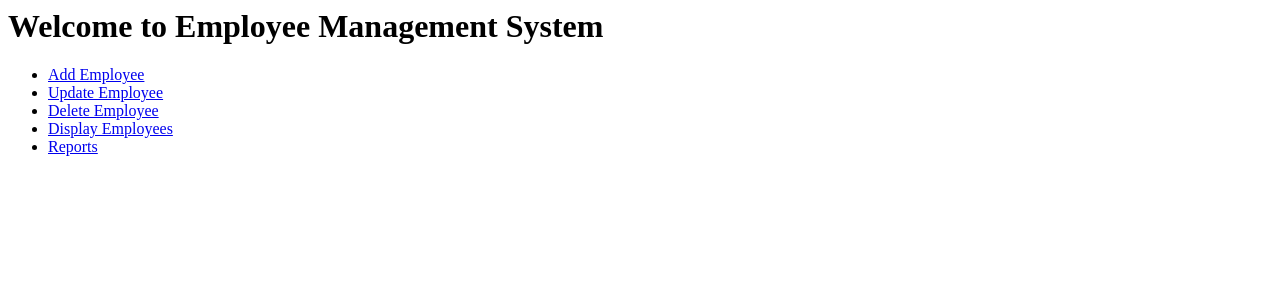
Repository: KUSUMA-74/Advance-JavaProject
Page: http://localhost/EmployeeWebApp/
These files come from the project's save history. The page is drawn as it stood at one moment and after the next save; the edit follows.
The browser window is 1280 px wide. The pictures show the whole page.
The page is served by Tomcat 9.

Above is the page before, as saved 2025-05-30 04:45:58.

After the next save:
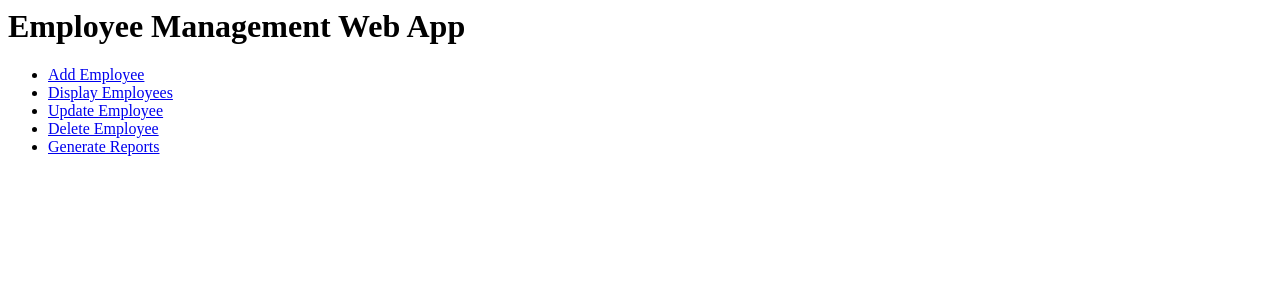
Saved 14 s later.
--- a/EmployeeWebApp/src/main/webapp/index.jsp
+++ b/EmployeeWebApp/src/main/webapp/index.jsp
@@ -1,16 +1,15 @@
-<%@ page contentType="text/html;charset=UTF-8" language="java" %>
 <html>
-<head>
-    <title>Employee Management</title>
-</head>
+<head><title>Employee Management Home</title></head>
 <body>
-    <h1>Welcome to Employee Management System</h1>
-    <ul>
-        <li><a href="empadd.jsp">Add Employee</a></li>
-        <li><a href="empupdate.jsp">Update Employee</a></li>
-        <li><a href="empdelete.jsp">Delete Employee</a></li>
-        <li><a href="empdisplay.jsp">Display Employees</a></li>
-        <li><a href="reports.jsp">Reports</a></li>
-    </ul>
+<h1>Employee Management Web App</h1>
+
+<ul>
+    <li><a href="empadd.jsp">Add Employee</a></li>
+    <li><a href="empdisplay.jsp">Display Employees</a></li>
+    <li><a href="empupdate.jsp">Update Employee</a></li>
+    <li><a href="empdelete.jsp">Delete Employee</a></li>
+    <li><a href="report_form.jsp">Generate Reports</a></li>
+</ul>
+
 </body>
 </html>
